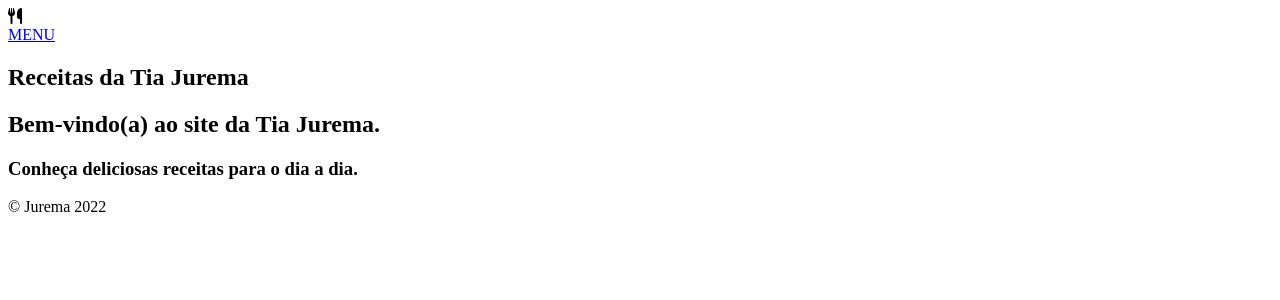
Repository: devropaes/RECEITAS
Page: OneDrive/Área de Trabalho/Estudos/Estácio/receitas/home.html
These files come from the project's save history. The page is drawn as it stood at one moment and after the next save; the edit follows.
The browser window is 1280 px wide. The pictures show the whole page.
Some web libraries are served in a nearby version.

Above is the page before, as saved 2024-03-11 19:36:58.

After the next save:
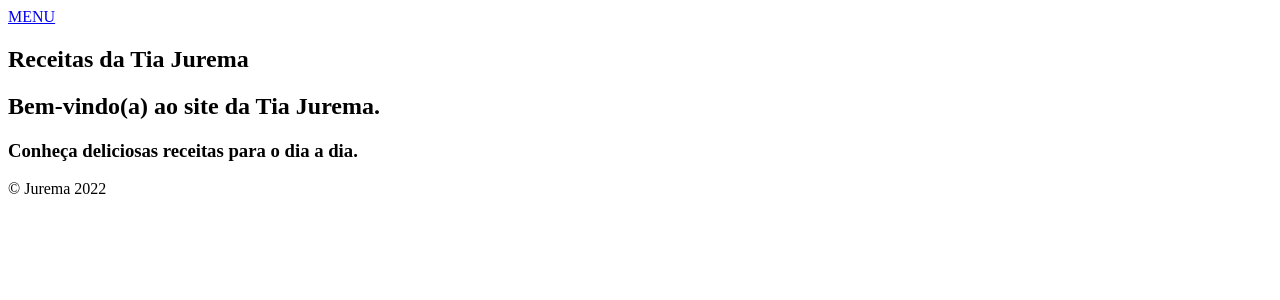
Saved 54 s later.
--- a/OneDrive/Área de Trabalho/Estudos/Estácio/receitas/home.html
+++ b/OneDrive/Área de Trabalho/Estudos/Estácio/receitas/home.html
@@ -4,8 +4,6 @@
   <meta charset="UTF-8">
   <meta name="viewport" content="width=device-width, initial-scale=1.0">
 
-  <script src="https://kit.fontawesome.com/a076d05399.js" crossorigin="anonymous"></script>
-  <i class="fas fa-utensils"></i>
 
 </head>
 <body>
